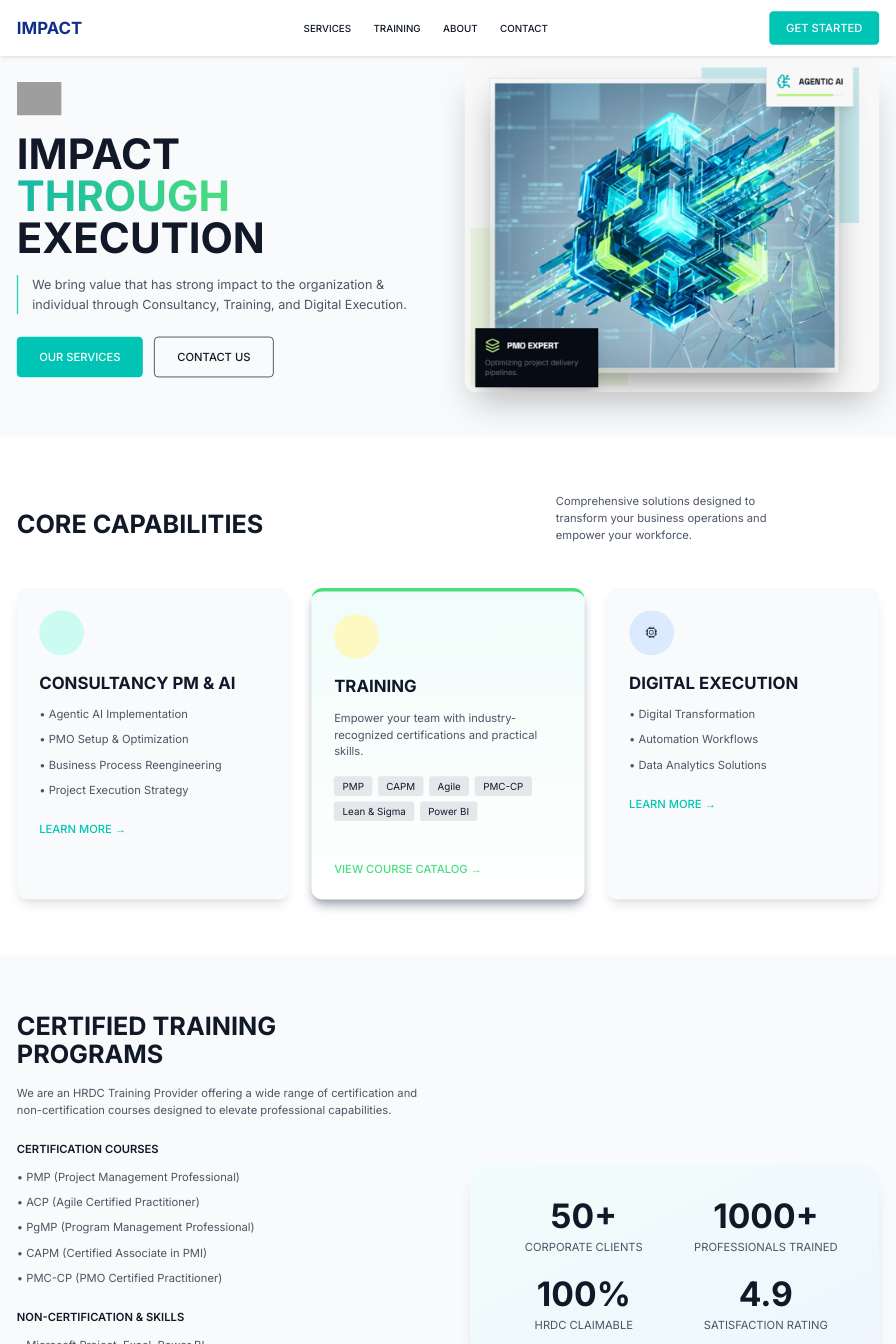
Repository: hsuntariq/web-pages
Page: impact/index.html
An editor plug-in stored every save of this project. The page is shown before and after the next save, followed by the edit.
The browser window is 1280 px wide. The pictures show the part of the page from y = 0 to 1920 px (the page is 4097 px tall), at 70% of full size.
Pictures or frames that could not be fetched are drawn as grey boxes. Some web libraries are served in a nearby version.

Above is the page before, as saved 2025-12-28 20:29:04.

### impact/index.html
<!DOCTYPE html>
<html lang="en" class="scroll-smooth">
  <head>
    <meta charset="UTF-8" />
    <meta name="viewport" content="width=device-width, initial-scale=1.0" />
    <title>
      Impact Through Execution – HRDC Certified Training Provider Malaysia
    </title>
    <meta
      name="description"
      content="HRDC certified training provider offering PMP, CAPM, Agile, AI in PM, and digital transformation courses in Malaysia. Consultancy, corporate training, and execution solutions."
    />
    <link
      rel="stylesheet"
      href="https://cdn.jsdelivr.net/npm/bootstrap-icons@1.13.1/font/bootstrap-icons.min.css"
    />
    <script src="https://cdn.tailwindcss.com"></script>
    <script>
      tailwind.config = {
        theme: {
          extend: {
            colors: {
              primary: "#00C4B4", // teal for buttons
              accent: "#122F87", // dark blue for accents
            },
          },
        },
      };
    </script>
    <link
      href="https://fonts.googleapis.com/css2?family=Inter:wght@400;500;600;700;800&display=swap"
      rel="stylesheet"
    />
    <style>
      body {
        font-family: "Inter", sans-serif;
      }
    </style>
  </head>
  <body class="bg-white text-gray-900">
    <!-- Navigation -->
    <header class="fixed top-0 left-0 right-0 bg-white shadow-md z-50">
      <nav
        class="max-w-7xl mx-auto px-6 py-4 flex items-center justify-between"
      >
        <div class="text-2xl font-bold text-accent">IMPACT</div>
        <div class="hidden md:flex space-x-8 text-sm font-medium">
          <a href="#services" class="hover:text-primary transition">SERVICES</a>
          <a href="#training" class="hover:text-primary transition">TRAINING</a>
          <a href="#about" class="hover:text-primary transition">ABOUT</a>
          <a href="#contact" class="hover:text-primary transition">CONTACT</a>
        </div>
        <a
          href="#"
          class="bg-primary text-white px-6 py-3 rounded-md font-medium hover:bg-primary/90 transition"
          >GET STARTED</a
        >
      </nav>
    </header>

    <!-- Hero Section -->
    <section class="pt-24 pb-16 bg-gray-50">
      <div
        class="max-w-7xl mx-auto px-6 grid lg:grid-cols-2 gap-12 items-center"
      >
        <div>
          <img
            src="https://precisionwellness.my/wp-content/uploads/2025/06/HRDC_Claimable_Registered_Training_Provider_Logos-scaled.webp"
            alt="HRDC Certified Training Provider"
            class="h-12 mb-6"
          />
          <h1
            class="text-5xl md:text-6xl font-bold text-gray-900 leading-tight"
          >
            IMPACT<br />
            <span
              class="bg-gradient-to-r text-transparent from-teal-500 bg-clip-text to-green-400"
            >
              THROUGH
            </span>
            <br />EXECUTION
          </h1>
          <p
            class="text-lg text-gray-600 border border-l-3 border-teal-400 border-2 border-t-0 border-b-0 border-e-0 ps-5 mt-6 mb-8"
          >
            We bring value that has strong impact to the organization &
            individual through Consultancy, Training, and Digital Execution.
          </p>
          <div class="flex flex-col sm:flex-row gap-4">
            <a
              href="#"
              class="bg-primary text-white px-8 py-4 rounded-md font-medium hover:bg-primary/90 transition"
              >OUR SERVICES</a
            >
            <a
              href="#"
              class="border border-gray-900 text-gray-900 px-8 py-4 rounded-md font-medium hover:bg-gray-900 hover:text-white transition"
              >CONTACT US</a
            >
          </div>
        </div>
        <div class="relative">
          <img
            src="./hero.PNG"
            alt="Agentic AI transforming project management"
            class="rounded-2xl shadow-2xl w-full"
          />
          <!-- <div
            class="absolute top-4 right-4 bg-black text-white px-4 py-2 rounded-md text-sm font-medium"
          >
            AGENTIC AI
          </div> -->
          <!-- <div
            class="absolute bottom-4 left-4 bg-black text-white px-6 py-3 rounded-md font-medium"
          >
            PMO EXPERT<br />Delivering project delivery excellence
          </div> -->
        </div>
      </div>
    </section>

    <!-- Core Capabilities -->
    <section class="py-20 bg-white">
      <div class="max-w-7xl mx-auto px-6">
        <div
          class="grid grid-cols-1 md:grid-cols-2 justify-between items-center"
        >
          <h2 class="text-4xl font-bold text-left mb-12">CORE CAPABILITIES</h2>
          <p class="text-left text-gray-600 mb-16 w-full md:w-1/2 mx-auto">
            Comprehensive solutions designed to transform your business
            operations and empower your workforce.
          </p>
        </div>
        <div class="grid grid-cols-1 md:grid-cols-3 gap-8">
          <!-- Consultancy PM & AI -->
          <div class="bg-gray-50 rounded-2xl p-8 shadow-lg">
            <div class="bg-teal-100 w-16 h-16 rounded-full mb-6"></div>
            <h3 class="text-2xl font-bold mb-4">CONSULTANCY PM & AI</h3>
            <ul class="space-y-3 text-gray-600">
              <li>• Agentic AI Implementation</li>
              <li>• PMO Setup & Optimization</li>
              <li>• Business Process Reengineering</li>
              <li>• Project Execution Strategy</li>
            </ul>
            <a
              href="#"
              class="mt-8 inline-block text-primary font-medium hover:underline"
              >LEARN MORE →</a
            >
          </div>
          <!-- Training -->
          <div
            class="bg-gradient-to-b from-teal-50 to-white rounded-2xl shadow-2xl shadow-gray-400 border-e-0 border-s-0 border-b-0 border-[5px] p-8 shadow-lg border border-green-400"
          >
            <div class="bg-yellow-100 w-16 h-16 rounded-full mb-6"></div>
            <h3 class="text-2xl font-bold mb-4">TRAINING</h3>
            <p class="text-gray-600 mb-6">
              Empower your team with industry-recognized certifications and
              practical skills.
            </p>
            <div class="flex flex-wrap gap-2 mb-6">
              <span class="bg-gray-200 px-3 py-1 rounded text-sm">PMP</span>
              <span class="bg-gray-200 px-3 py-1 rounded text-sm">CAPM</span>
              <span class="bg-gray-200 px-3 py-1 rounded text-sm">Agile</span>
              <span class="bg-gray-200 px-3 py-1 rounded text-sm">PMC-CP</span>
              <span class="bg-gray-200 px-3 py-1 rounded text-sm"
                >Lean & Sigma</span
              >
              <span class="bg-gray-200 px-3 py-1 rounded text-sm"
                >Power BI</span
              >
            </div>
            <a
              href="#"
              class="mt-8 inline-block text-green-400 font-medium hover:underline"
              >VIEW COURSE CATALOG →</a
            >
          </div>
          <!-- Digital Execution -->
          <div class="bg-gray-50 rounded-2xl p-8 shadow-lg">
            <div
              class="bg-blue-100 w-16 flex justify-center items-center h-16 rounded-full mb-6"
            >
              <i class="bi bi-cpu"></i>
            </div>
            <h3 class="text-2xl font-bold mb-4">DIGITAL EXECUTION</h3>
            <ul class="space-y-3 text-gray-600">
              <li>• Digital Transformation</li>
              <li>• Automation Workflows</li>
              <li>• Data Analytics Solutions</li>
            </ul>
            <a
              href="#"
              class="mt-8 inline-block text-primary font-medium hover:underline"
              >LEARN MORE →</a
            >
          </div>
        </div>
      </div>
    </section>

    <!-- Certified Training Programs -->
    <section class="py-20 bg-gray-50">
      <div
        class="max-w-7xl mx-auto px-6 grid lg:grid-cols-2 gap-16 items-center"
      >
        <div>
          <h2 class="text-4xl font-bold mb-6">CERTIFIED TRAINING PROGRAMS</h2>
          <p class="text-gray-600 mb-8">
            We are an HRDC Training Provider offering a wide range of
            certification and non-certification courses designed to elevate
            professional capabilities.
          </p>
          <div class="space-y-8">
            <div>
              <h4 class="font-semibold mb-4">CERTIFICATION COURSES</h4>
              <ul class="space-y-3 text-gray-600">
                <li>• PMP (Project Management Professional)</li>
                <li>• ACP (Agile Certified Practitioner)</li>
                <li>• PgMP (Program Management Professional)</li>
                <li>• CAPM (Certified Associate in PMI)</li>
                <li>• PMC-CP (PMO Certified Practitioner)</li>
              </ul>
            </div>
            <div>
              <h4 class="font-semibold mb-4">NON-CERTIFICATION & SKILLS</h4>
              <ul class="space-y-3 text-gray-600">
                <li>• Microsoft Project, Excel, Power BI</li>
                <li>• Critical Thinking</li>
                <li>• Agile Methodologies</li>
                <li>• JIRA Administration</li>
                <li>• PMI Essential</li>
                <li>• AI + Agentic AI Automation</li>
                <li>• Lean & Sigma</li>
              </ul>
            </div>
            <a
              href="#"
              class="bg-gray-900 text-white px-8 py-4 rounded-md font-medium hover:bg-gray-800 transition"
              >DOWNLOAD COURSE BROCHURE</a
            >
          </div>
        </div>
        <div
          class="bg-gradient-to-br from-teal-50 to-blue-50 rounded-3xl p-12 shadow-xl"
        >
          <div class="grid grid-cols-2 gap-8 text-center">
            <div>
              <div class="text-5xl font-bold text-gray-900">50+</div>
              <p class="text-gray-600 mt-2">CORPORATE CLIENTS</p>
            </div>
            <div>
              <div class="text-5xl font-bold text-gray-900">1000+</div>
              <p class="text-gray-600 mt-2">PROFESSIONALS TRAINED</p>
            </div>
            <div>
              <div class="text-5xl font-bold text-gray-900">100%</div>
              <p class="text-gray-600 mt-2">HRDC CLAIMABLE</p>
            </div>
            <div>
              <div class="text-5xl font-bold text-gray-900">4.9</div>
              <p class="text-gray-600 mt-2">SATISFACTION RATING</p>
            </div>
          </div>
        </div>
      </div>
    </section>

    <!-- Upcoming Classes -->
    <section class="py-16 bg-black text-white text-center">
      <div class="max-w-7xl mx-auto px-6">
        <h2 class="text-4xl font-bold mb-4">UPCOMING CLASSES</h2>
        <p class="text-lg mb-10">
          Ready to level up? Check out our schedule for the latest PMP, Agile,
          and AI workshops.
        </p>
        <a
          href="#"
          class="bg-primary text-white px-10 py-5 rounded-md text-lg font-medium hover:bg-primary/90 transition inline-block"
          >VIEW CLASS SCHEDULE →</a
        >
      </div>
    </section>

    <!-- Double Impact Advantage -->
    <section class="py-20 bg-white">
      <div class="max-w-7xl mx-auto px-6">
        <h2 class="text-4xl font-bold text-center mb-12">
          THE DOUBLE IMPACT ADVANTAGE
        </h2>
        <p class="text-center text-gray-600 mb-16 max-w-3xl mx-auto">
          We don’t just teach; we ensure transformation. Our unique methodology
          guarantees results for both the individual and the organization.
        </p>
        <div class="grid lg:grid-cols-2 gap-12 items-center">
          <div class="space-y-12">
            <div class="flex gap-6">
              <div
                class="bg-teal-100 w-16 h-16 rounded-full flex-shrink-0"
              ></div>
              <div>
                <h4 class="font-bold text-xl">AI STUDY COMPANION</h4>
                <p class="text-gray-600">
                  Learning doesn’t stop when the class ends. Our Custom AI tutor
                  helps students study after sessions, reinforcing concepts and
                  answering questions 24/7.
                </p>
              </div>
            </div>
            <div class="flex gap-6">
              <div
                class="bg-teal-100 w-16 h-16 rounded-full flex-shrink-0"
              ></div>
              <div>
                <h4 class="font-bold text-xl">POST-CLASS COACHING</h4>
                <p class="text-gray-600">
                  We provide dedicated coaching sessions to ensure knowledge is
                  applied correctly in the real world, maximizing the ROI for
                  the organization.
                </p>
              </div>
            </div>
            <div class="flex gap-6">
              <div
                class="bg-teal-100 w-16 h-16 rounded-full flex-shrink-0"
              ></div>
              <div>
                <h4 class="font-bold text-xl">DOUBLE THE IMPACT</h4>
                <p class="text-gray-600">
                  By combining cutting-edge tech with human mentorship, we
                  deliver exponential growth. Better skills for the employee,
                  better results for the company.
                </p>
              </div>
            </div>
          </div>
          <div class="relative">
            <div class="bg-gray-900 rounded-3xl p-12 shadow-2xl text-white">
              <div class="flex justify-between items-start mb-8">
                <div class="text-4xl font-bold">100% Success</div>
                <div class="text-yellow-400">★★★★★</div>
              </div>
              <p class="text-2xl font-bold mb-6">PMP Certificate Holder Rate</p>
              <blockquote class="text-lg italic mb-8">
                “I was worried about the PMP exam, but the AI tutor made it a
                breeze! It was actually... fun?”
              </blockquote>
              <p class="font-medium">— John S.</p>
              <blockquote class="text-lg italic mt-8 mb-8">
                “The only thing agile about me before this was how fast I ran
                away from spreadsheets. Now I'm a pro!”
              </blockquote>
              <p class="font-medium">— Amanda L.</p>
              <a
                href="#"
                class="mt-10 inline-block text-primary font-medium hover:underline"
                >SEE MORE SUCCESS STORIES →</a
              >
            </div>
          </div>
        </div>
      </div>
    </section>

    <!-- CTA -->
    <section
      class="py-20"
      style="
        background-image: url('https://thumbs.dreamstime.com/b/creative-glowing-blue-forex-chart-wallpaper-grid-invest-finance-concept-stock-market-chart-business-graph-background-159151545.jpg');
        background-size: cover;
        background-position: center;
      "
    >
      <div class="max-w-7xl mx-auto px-6 text-center text-white">
        <h2 class="text-5xl font-bold mb-6">READY TO MAKE AN IMPACT?</h2>
        <p class="text-xl mb-12">
          Let’s discuss how our consultancy and training solutions can drive
          your organization forward.
        </p>
        <div class="flex flex-col sm:flex-row gap-6 justify-center">
          <a
            href="#"
            class="bg-primary text-white px-10 py-5 rounded-md text-lg font-medium hover:bg-primary/90 transition"
            >GET IN TOUCH</a
          >
          <a
            href="#"
            class="border-2 border-white text-white px-10 py-5 rounded-md text-lg font-medium hover:bg-white hover:text-black transition"
            >VIEW CASE STUDIES</a
          >
        </div>
      </div>
    </section>

    <!-- Footer -->
    <footer class="bg-black text-white py-12">
      <div class="max-w-7xl mx-auto px-6 grid md:grid-cols-4 gap-8">
        <div>
          <div class="text-3xl font-bold mb-4">IMPACT</div>
          <p class="text-sm text-gray-400">
            We bring value that has strong impact to the organization &
            individual through Consultancy, Training, and Digital Execution.
          </p>
        </div>
        <div>
          <h4 class="font-bold mb-4">SERVICES</h4>
          <ul class="space-y-2 text-sm text-gray-400">
            <li>Consultancy PM & AI</li>
            <li>Corporate Training</li>
            <li>Digital Execution</li>
            <li>Business Process Reengineering</li>
          </ul>
        </div>
        <div>
          <h4 class="font-bold mb-4">COMPANY</h4>
          <ul class="space-y-2 text-sm text-gray-400">
            <li>About Us</li>
            <li>Contact</li>
            <li>Careers</li>
            <li>Privacy Policy</li>
          </ul>
        </div>
        <div class="text-right">
          <p class="text-sm text-gray-400">
            © 2025 Impact. All rights reserved.
          </p>
          <p class="text-xs text-gray-500 mt-4">
            HRDC Training Provider Certified
          </p>
        </div>
      </div>
    </footer>
  </body>
</html>

After the next save:
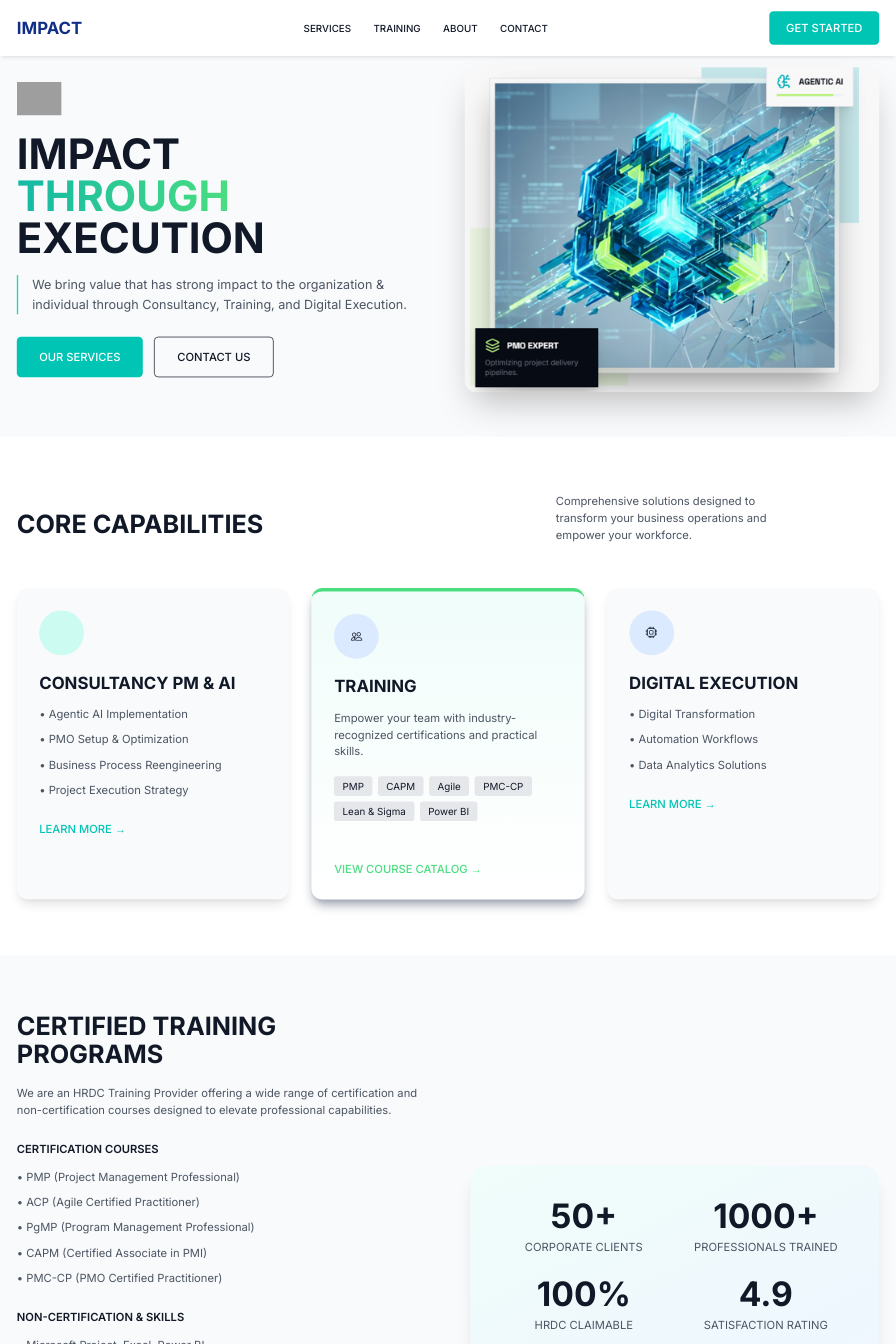
Saved 20 s later.
--- a/impact/index.html
+++ b/impact/index.html
@@ -152,7 +152,11 @@
           <div
             class="bg-gradient-to-b from-teal-50 to-white rounded-2xl shadow-2xl shadow-gray-400 border-e-0 border-s-0 border-b-0 border-[5px] p-8 shadow-lg border border-green-400"
           >
-            <div class="bg-yellow-100 w-16 h-16 rounded-full mb-6"></div>
+            <div
+              class="bg-blue-100 w-16 flex justify-center items-center h-16 rounded-full mb-6"
+            >
+              <i class="bi bi-people"></i>
+            </div>
             <h3 class="text-2xl font-bold mb-4">TRAINING</h3>
             <p class="text-gray-600 mb-6">
               Empower your team with industry-recognized certifications and
